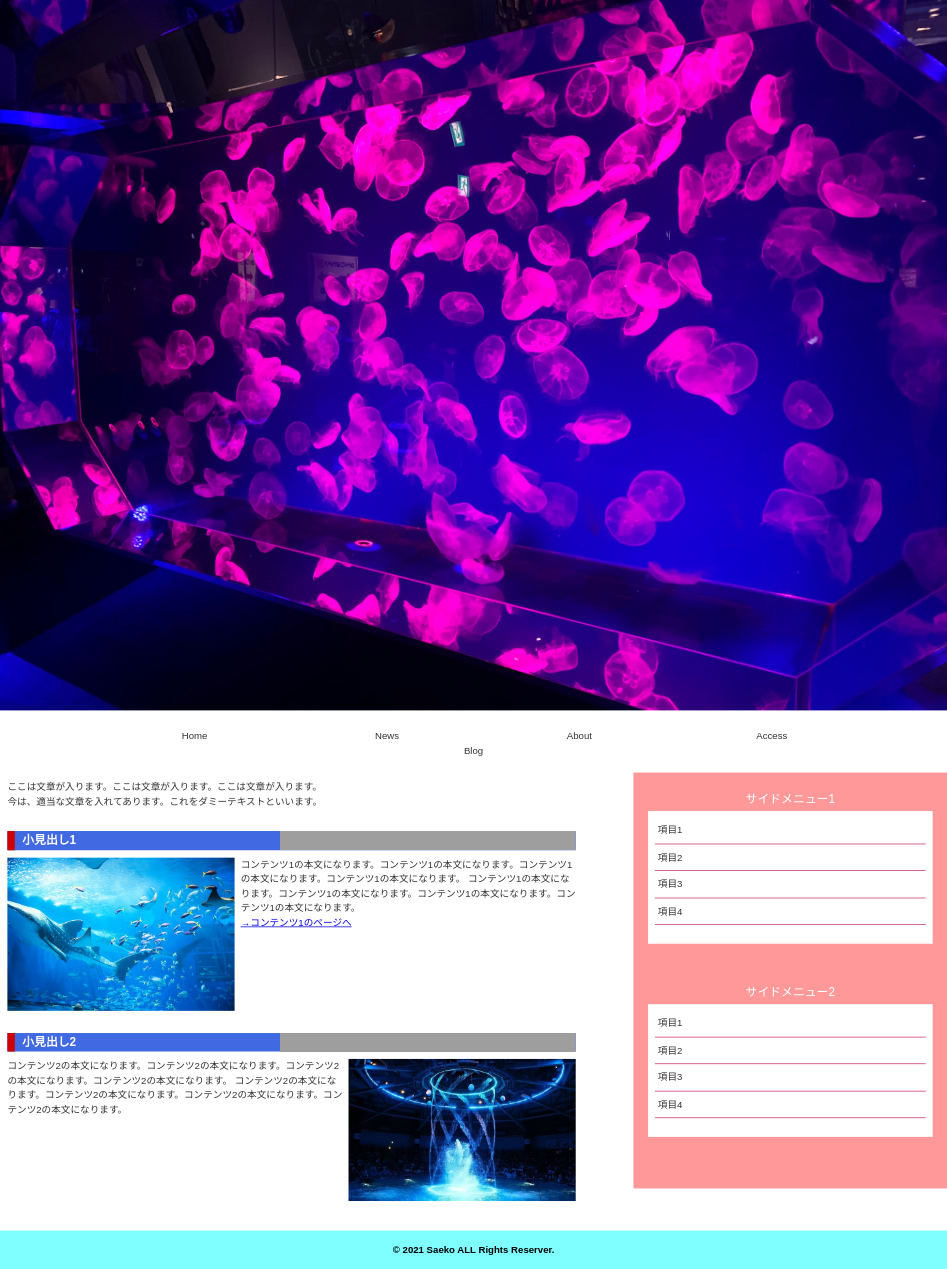
Repository: mizoguhi/mizoguhi
Page: test/saeko.html
The author's editor kept a record of every edit. The page is drawn from the files as they stood at one moment, then again after the next edit.
The browser window is 1280 px wide. The pictures show the whole page, at 74% of full size.
Pictures or frames that could not be fetched are drawn as grey boxes.

Above is the page before.

### test/saeko.html
<!DOCTYPE html>
<html lang="ja">

<head>
    <meta charset="UTF-8">
    <title>Japanese Aquarium</title>
    <link rel="stylesheet" href="stylesheet.css">
</head>

<body>
    <div id="header">
         <h1>
             <a href="saeko.html">
             </a>
         </h1>
    </div>
   <div class="exanple">
        <img id="corridor" src="aquarium.jpg" alt="水族館"/>

   </div>
    <div id="wapper">
 <nav>
　<ul>
　　<li class=”current”><a href=”#”>Home</a></li>
　　<li><a href=”#”>News</a></li>
　　<li><a href=”#”>About</a></li>
　　<li><a href=”#”>Access</a></li>
　　<li><a href=”#”>Blog</a></li>
　</ul>
</nav>

 <div id="container">
                <div id="main">
                    <div class="post">
                        <p>ここは文章が入ります。ここは文章が入ります。ここは文章が入ります。<br />今は、適当な文章を入れてあります。これをダミーテキストといいます。</p>
                    </div>
                    <div class="post clearfix">
                        <h2>小見出し1</h2>
                        <img class="left" src="zinbei.jpg" alt="水槽" />
                        <p>
                            コンテンツ1の本文になります。コンテンツ1の本文になります。コンテンツ1の本文になります。コンテンツ1の本文になります。
                            コンテンツ1の本文になります。コンテンツ1の本文になります。コンテンツ1の本文になります。コンテンツ1の本文になります。
                        </p>
                        <p><a href="#">→コンテンツ1のページへ</a></p>
                    </div>
                    <div class="post clearfix">
                        <h2>小見出し2</h2>
                        <img class="right" src="iruka.jpg" alt="イルカショー" />
                       <p>
                            コンテンツ2の本文になります。コンテンツ2の本文になります。コンテンツ2の本文になります。コンテンツ2の本文になります。
                            コンテンツ2の本文になります。コンテンツ2の本文になります。コンテンツ2の本文になります。コンテンツ2の本文になります。
                        </p>
                    </div>
                </div>
            </div>
　　<div id="side">
                    <div class="box">
                        <h2>サイドメニュー1</h2>
                        <div class="boxBody">
                            <ul>
                            <li>項目1</li>
                                <li>項目2</li>
                                <li>項目3</li>
                                <li>項目4</li>
                            </ul>
                        </div>
                    </div>
                    <div class="box">
                        <h2>サイドメニュー2</h2>
                        <div class="boxBody">
                            <ul>
                                <li>項目1</li>
                                <li>項目2</li>
                                <li>項目3</li>
                                <li>項目4</li>
                            </ul>
                        </div>
                    </div>
                </div>
    <div id="footer">
         <p>&copy; 2021 Saeko ALL Rights Reserver.</p>
    </div>
    </body>
<html>

### test/stylesheet.css
@charset "utf-8";

body {
	margin: 0;
	padding: 0;
	font-family: "ヒラギノ角ゴ Pro W3", "Hiragino Kaku Gothic Pro", "メイリオ", Meiryo, Osaka, "ＭＳ Ｐゴシック", "MS PGothic", sans-serif;
	color: #333;
	font-size: 13px;
	line-height: 150%;
}

#wrapper {
	width: 100%;
	margin: auto;
	padding: 0px;
	border: 0px;
	background-color: #FFF;
	 top: 10px;
position: relative;
}

 #header {
 	width: 100%;
 }
 #header h1 {
 	 margin: 0;
	 padding: 0;
}

 #corridor {
	 width: 100%;
	 height: auto;
 }

 #footer {
 	 clear: both;
 	 width: 100%;
 	 padding: 3px 0 3px 0;
 	 background: #7fffff;
 	 color: #000;
 	 font-weight: bold;
 	 text-align: center;
 }
nav{
text-align: center;
}
nav ul{
margin: 0 ;
padding: 0 ;
}
nav ul li{
list-style: none;
display: inline-block;
width: 18%;
min-width: 90px;
}
nav ul li a{
text-decoration: none;
color: #333;
}
nav ul li.current a{
color: #F33135;
}
nav ul li a:hover{
color: #0000cd;
}
#container {
	 width: 100%;
	 margin: auto ;
	 padding-top: 20px;
	 clear: both;
 }

 #main {
	 float: left;
	 width: 60%;
	 padding: 10px 10px 10px 10px;
 }
 #main h2 {
	 margin: 0 0 10px 0;
	 padding: 3px 10px 3px 10px;
	 color: #FFF;
	 font-size: 16px;
	 border-left: solid 10px #C00;
	 background: #4169e1 url(../images/main_h2.jpg) right top repeat-y;
 }
 #main p {
	 margin: 0;
	 padding: 0;
 }
 #main .post {
	 margin: 0 0 30px 0;
 }

 #main .post img.right {
	 margin: 0 0 0 8px;
 }
 #main .post img.left {
	 margin: 0 8px 0 0;
 }

 .right {
	 float: right;
	 width: 40%;
	 height: auto;
 }
 .left {
	 float: left;
	 width: 40%;
	 height: auto;
 }
 .clearfix {
	 zoom: 1;
 }
 .clearfix:after{
	 content: "";
	 display: block;
	 clear: both;
 }
  #side {
 	 float: right;
 	 width: 30%;
 	 padding: 20px;
 	 background-color: #F99;
 }
 #side .box {
 	 margin: 0 auto 30px auto;
 	 padding: 0 0 20px 0;
 	 background: bottom no-repeat;
 }
 #side .box h2 {
 	 margin: 0;
 	 padding: 8px;
 	 text-align: center;
 	 color: #fff;
 	 font-size: 16px;
 	 line-height: 16px;
 	 font-weight: normal;
 	 background: center no-repeat;
 }
 #side .box .boxBody {
 	 padding: 8px;
 	 border-right: solid 1px #fff;
 	 border-bottom: solid 1px #fff;
 	 border-left: solid 1px #fff;
 	 background: #fff;
 }
 #side .box .boxBody ul {
 	 margin: 0 0 16px 0;
 	 padding: 0;
 }
 #side .box .boxBody ul li {
 	 padding: 8px 0 8px 4px;
 	 list-style: none;
 	 border-bottom: solid 1px #C36;
 }

After the next edit:
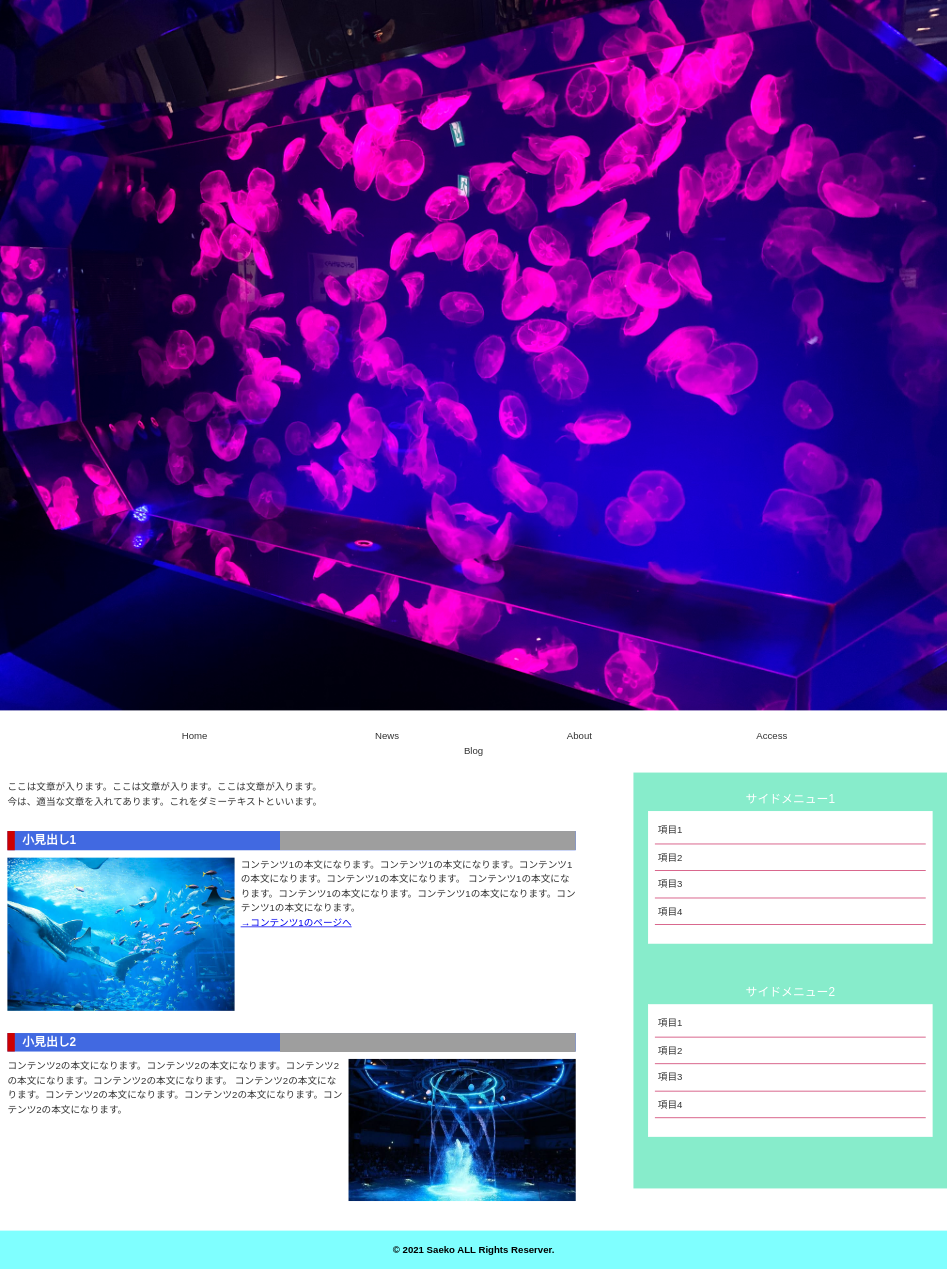
The edit:
--- a/test/stylesheet.css
+++ b/test/stylesheet.css
@@ -121,7 +121,7 @@
  	 float: right;
  	 width: 30%;
  	 padding: 20px;
- 	 background-color: #F99;
+ 	 background-color: #87eccb;
  }
  #side .box {
  	 margin: 0 auto 30px auto;
